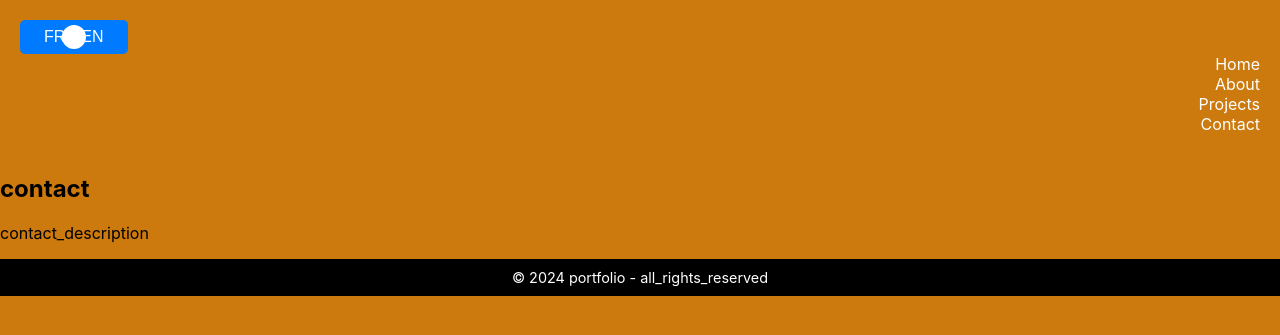
Repository: Christian121966/mon-portfolio
Page: /contact
An editor plug-in stored every save of this project. The page is shown before and after the next save, followed by the edit.
The browser window is 1280 px wide. The pictures show the whole page.
The project was rebuilt for these pictures with package versions that can differ from the ones it lists, and the page was loaded fresh each time. Also part of the build but not shown: src/pages/HomePage/HomePage.scss, src/pages/HomePage/HomePage.js, src/pages/AboutPage/AboutPage.scss, src/pages/AboutPage/AboutPage.js, src/pages/ProjectsPage/ProjectsPage.js. Imported but missing from the stored project, and not drawn on this page: src/i18next.

Above is the page before, as saved 2024-07-24 02:29:44.

### src/index.js
import React from 'react';
import ReactDOM from 'react-dom/client';
import '../src/index.css';
import App from './App';
import '../src/i18next';
import reportWebVitals from './reportWebVitals';

const root = ReactDOM.createRoot(document.getElementById('root'));
root.render(
  <React.StrictMode>
    <App />
  </React.StrictMode>
);

// If you want to start measuring performance in your app, pass a function
// to log results (for example: reportWebVitals(console.log))
// or send to an analytics endpoint. Learn more: https://bit.ly/CRA-vitals
reportWebVitals();

### src/App.js
import React from 'react';
import { BrowserRouter as Router, Route, Routes } from 'react-router-dom';
import HomePage from '../src/pages/HomePage/HomePage';
import AboutPage from '../src/pages/AboutPage/AboutPage';
import ProjectsPage from '../src/pages/ProjectsPage/ProjectsPage';
import ContactPage from './pages/ContactPage/ContactPage';
import Header from '../src/components/Header/Header';
import Footer from '../src/components/Footer/Footer';

function App() {
  return (
    <Router>
      <Header />
      <Routes>
      <Route path="/" element={<HomePage />} />
        <Route path="/about" element={<AboutPage />} />
        <Route path="/projects" element={<ProjectsPage />} />
        <Route path="/contact" element={<ContactPage />} />
      </Routes>
      <Footer />
    </Router>
  );
}

export default App;

### src/pages/ContactPage/ContactPage.js
// src/pages/ContactPage.js
import React from 'react';
import { useTranslation } from 'react-i18next';

function ContactPage() {
  const { t } = useTranslation();

  return (
    <div>
      <h2>{t('contact')}</h2>
      <p>{t('contact_description')}</p>
    </div>
  );
}

export default ContactPage;

### src/components/Header/Header.js
// src/components/Header/Header.js
import React from 'react';
import { useTranslation } from 'react-i18next';
import '../Header/Header.scss';

function Header() {
  const { i18n } = useTranslation();
  const currentLang = i18n.language;

  const changeLanguage = (lng) => {
    i18n.changeLanguage(lng);
  };

  return (
    <header className="header">
      <div className="header__language-buttons">
        <button
          aria-checked={currentLang === 'fr'}
          className="control__lang"
          role="switch"
          type="button"
          onClick={() => changeLanguage('fr')}
        >
          <span className="current control__lang_side">FR</span>
          <span className="control__lang_switch">
            <span></span>
          </span>
          <span className="control__lang_side">EN</span>
        </button>
      </div>
      <nav className="header__nav">
        <a href="/" className="header__link">Home</a>
        <a href="/about" className="header__link">About</a>
        <a href="/projects" className="header__link">Projects</a>
        <a href="/contact" className="header__link">Contact</a>
      </nav>
    </header>
  );
}

export default Header;

### src/components/Footer/Footer.js
// src/components/Footer/Footer.js
import React from 'react';
import { useTranslation } from 'react-i18next';
import '../../components/Footer/Footer.scss';

function Footer() {
  const { t } = useTranslation();

  return (
    <footer>
      <p className="footer__text">© 2024 {t('portfolio')} - {t('all_rights_reserved')}</p>
    </footer>
  );
}

export default Footer;

### src/components/Header/Header.scss
// src/styles/components/_header.scss
@import '../../styles/abstracts/variables';
@import '../../styles/abstracts/mixins';

.header {
  //background-color: $primary-color;
  padding: 20px;

  &__nav {
    display: flex;
    flex-direction: column;
    justify-content: end;
    align-items: end;
  }

  &__link {
    color: white;
    text-decoration: none;

    &:hover {
      text-decoration: underline;
    }
  }

  /* src/components/Header/Header.scss */

.header__language-buttons {
  display: flex;
  align-items: center;
}

.control__lang {
  display: flex;
  align-items: center;
  background-color: #007bff;
  color: #ffffff;
  border: none;
  border-radius: 5px;
  padding: 8px 16px;
  cursor: pointer;
  position: relative;
  font-size: 16px;
  outline: none;
}

.control__lang_side {
  margin: 0 8px;
}

.control__lang_switch {
  position: absolute;
  top: 50%;
  left: 50%;
  transform: translate(-50%, -50%);
  background-color: #ffffff;
  border-radius: 50%;
  width: 24px;
  height: 24px;
  transition: transform 0.3s ease;
}

.control__lang[aria-checked="true"] .control__lang_switch {
  transform: translate(calc(-50% + 100%), -50%);
}

.control__lang_switch span {
  display: block;
  width: 100%;
  height: 100%;
}

}

### src/components/Footer/Footer.scss
@import '../../styles/abstracts/variables';
@import '../../styles/abstracts/mixins';

p.footer__text {
    color: white;
    text-align: center;
    padding: 10px;
    background-color: $primary-color;
    @include flex-center;
    font-size: 0.9rem;
}

### src/styles/abstracts/_variables.scss
// src/styles/abstracts/_variables.scss

// Couleurs
$primary-color: #000;
$secondary-color: #2ecc71;
$tertiary-color: #3498db;;
$font-color: #333;
$background-color: #f5f5f5;

// Fonts
$font-stack: 'Helvetica, sans-serif';

// Autres variables
$border-radius: 5px;

### src/styles/abstracts/_mixins.scss
// src/styles/abstracts/_mixins.scss

@mixin flex-center {
    display: flex;
    justify-content: center;
    align-items: center;
  }

  @mixin responsive-font-size($size) {
    font-size: $size;

    @media (max-width: 600px) {
      font-size: $size * 0.8;
    }
  }

Loaded but not shown: public/index.html (common file); src/index.css (common file); src/reportWebVitals.js (common file)

After the next save:
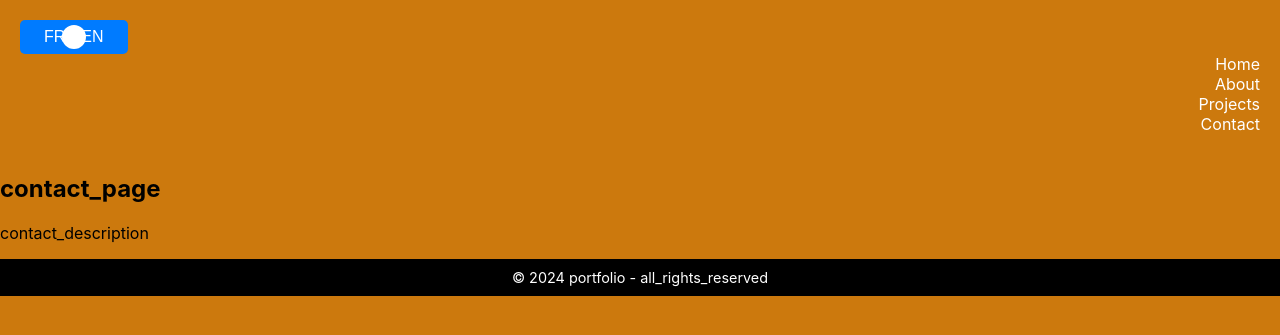
Saved 36 s later.
--- a/src/pages/ContactPage/ContactPage.js
+++ b/src/pages/ContactPage/ContactPage.js
@@ -7,7 +7,7 @@ function ContactPage() {
 
   return (
     <div>
-      <h2>{t('contact')}</h2>
+      <h2>{t('contact_page')}</h2>
       <p>{t('contact_description')}</p>
     </div>
   );
